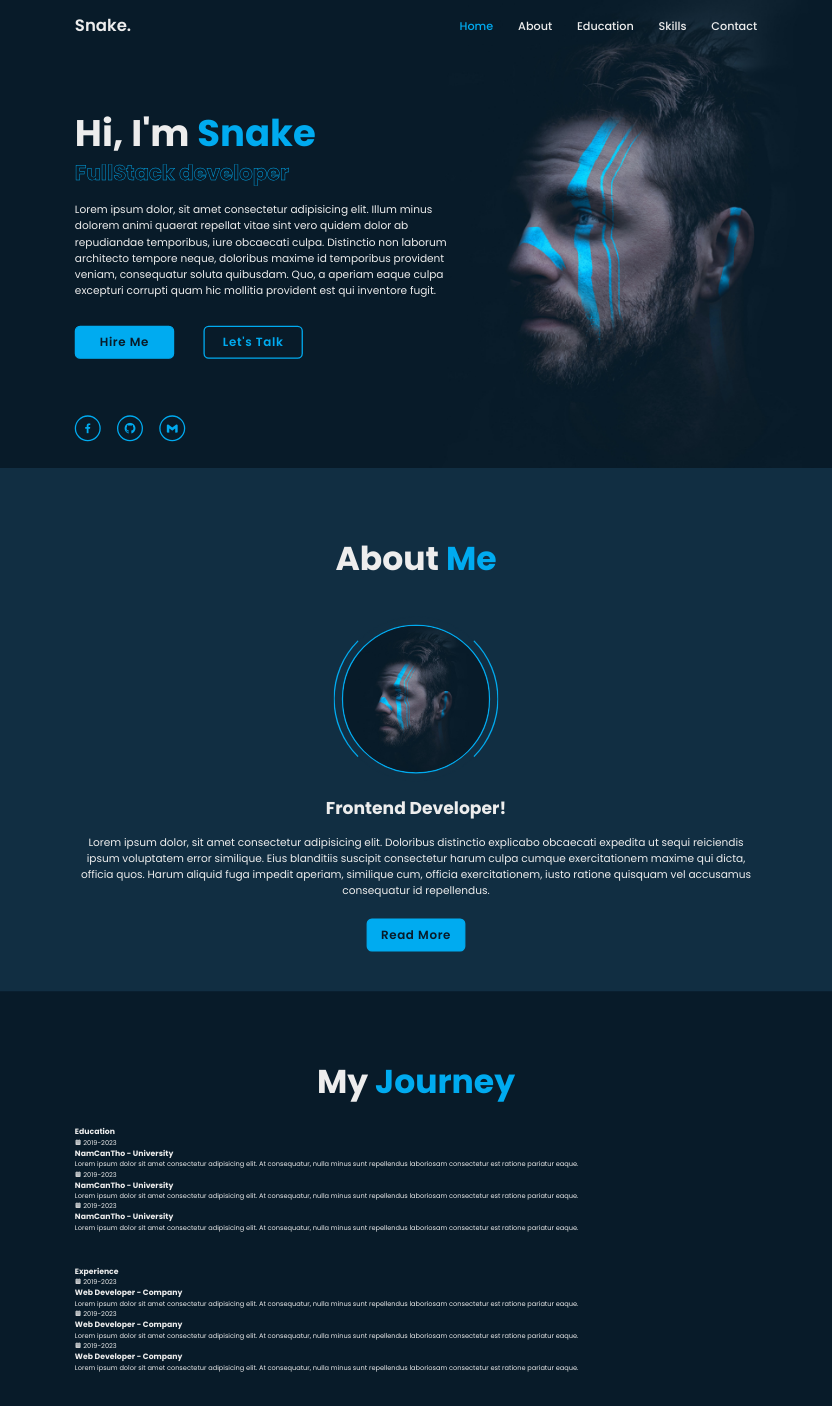
Repository: Tanty102/About_Me
Page: index.html
The author's editor kept a copy of each file at every save. The page is drawn from the files as they stood at one save, then again after a run of saves.
The browser window is 1280 px wide. The pictures show the whole page, at 65% of full size.

Above is the page before, as saved 2023-09-12 18:32:35.

### index.html
<!DOCTYPE html>
<html lang="en">
  <head>
    <meta charset="UTF-8" />
    <meta name="viewport" content="width=device-width, initial-scale=1.0" />
    <link rel="stylesheet" href="style.css" />
    <title>CV Snake</title>
  </head>

  <!-- box icons -->
  <link
    href="https://unpkg.com/boxicons@2.1.4/css/boxicons.min.css"
    rel="stylesheet" />
  <body>
    <!-- Header design -->
    <header class="header">
      <a href="#" class="logo">Snake.</a>

      <div class="bx bx-menu" id="menu-icon"></div>

      <nav class="navbar">
        <a href="#home" class="active">Home</a>
        <a href="#about">About</a>
        <a href="#education">Education</a>
        <a href="#skills">Skills</a>
        <a href="#contact">Contact</a>
      </nav>
    </header>

    <!-- Home section design -->
    <section class="home" id="home">
      <div class="home-content">
        <h1>Hi, I'm <span>Snake</span></h1>
        <div class="text-animate">
          <h3>FullStack developer</h3>
        </div>
        <p>
          Lorem ipsum dolor, sit amet consectetur adipisicing elit. Illum minus
          dolorem animi quaerat repellat vitae sint vero quidem dolor ab
          repudiandae temporibus, iure obcaecati culpa. Distinctio non laborum
          architecto tempore neque, doloribus maxime id temporibus provident
          veniam, consequatur soluta quibusdam. Quo, a aperiam eaque culpa
          excepturi corrupti quam hic mollitia provident est qui inventore
          fugit.
        </p>

        <div class="btn-box">
          <a href="#" class="btn">Hire Me</a>
          <a href="#" class="btn">Let's Talk</a>
        </div>
      </div>

      <div class="home-sci">
        <a href="#"><i class="bx bxl-facebook"></i></a>
        <a href="#"><i class="bx bxl-github"></i></a>
        <a href="#"><i class="bx bxl-gmail"></i></a>
      </div>

      <div class="home-imgHover"></div>
    </section>

    <!-- About section design -->
    <section class="about" id="about">
      <h2 class="heading">About <span>Me</span></h2>

      <div class="about-img">
        <img src="image/about.jpg" alt="" />
        <span class="circle-spin"></span>
      </div>

      <div class="about-content">
        <h3>Frontend Developer!</h3>
        <p>
          Lorem ipsum dolor, sit amet consectetur adipisicing elit. Doloribus
          distinctio explicabo obcaecati expedita ut sequi reiciendis ipsum
          voluptatem error similique. Eius blanditiis suscipit consectetur harum
          culpa cumque exercitationem maxime qui dicta, officia quos. Harum
          aliquid fuga impedit aperiam, similique cum, officia exercitationem,
          iusto ratione quisquam vel accusamus consequatur id repellendus.
        </p>

        <div class="btn-box btns">
          <a href="#" class="btn">Read More</a>
        </div>
      </div>
    </section>

    <!-- Education section design -->
    <section class="education" id="education">
      <h2 class="heading">My <span>Journey</span></h2>

      <div class="education-row">
        <div class="education-column">
          <h3 class="title">Education</h3>

          <div class="education-box">
            <div class="education-content">
              <div class="content">
                <div class="year">
                  <i class="bx bxs-calendar"></i> 2019-2023
                </div>
                <h3>NamCanTho - University</h3>
                <p>
                  Lorem ipsum dolor sit amet consectetur adipisicing elit. At
                  consequatur, nulla minus sunt repellendus laboriosam
                  consectetur est ratione pariatur eaque.
                </p>
              </div>
            </div>

            <div class="education-content">
              <div class="content">
                <div class="year">
                  <i class="bx bxs-calendar"></i> 2019-2023
                </div>
                <h3>NamCanTho - University</h3>
                <p>
                  Lorem ipsum dolor sit amet consectetur adipisicing elit. At
                  consequatur, nulla minus sunt repellendus laboriosam
                  consectetur est ratione pariatur eaque.
                </p>
              </div>
            </div>

            <div class="education-content">
              <div class="content">
                <div class="year">
                  <i class="bx bxs-calendar"></i> 2019-2023
                </div>
                <h3>NamCanTho - University</h3>
                <p>
                  Lorem ipsum dolor sit amet consectetur adipisicing elit. At
                  consequatur, nulla minus sunt repellendus laboriosam
                  consectetur est ratione pariatur eaque.
                </p>
              </div>
            </div>
          </div>
        </div>

        <div class="education-column">
          <h3 class="title">Experience</h3>

          <div class="education-box">
            <div class="education-content">
              <div class="content">
                <div class="year">
                  <i class="bx bxs-calendar"></i> 2019-2023
                </div>
                <h3>Web Developer - Company</h3>
                <p>
                  Lorem ipsum dolor sit amet consectetur adipisicing elit. At
                  consequatur, nulla minus sunt repellendus laboriosam
                  consectetur est ratione pariatur eaque.
                </p>
              </div>
            </div>

            <div class="education-content">
              <div class="content">
                <div class="year">
                  <i class="bx bxs-calendar"></i> 2019-2023
                </div>
                <h3>Web Developer - Company</h3>
                <p>
                  Lorem ipsum dolor sit amet consectetur adipisicing elit. At
                  consequatur, nulla minus sunt repellendus laboriosam
                  consectetur est ratione pariatur eaque.
                </p>
              </div>
            </div>

            <div class="education-content">
              <div class="content">
                <div class="year">
                  <i class="bx bxs-calendar"></i> 2019-2023
                </div>
                <h3>Web Developer - Company</h3>
                <p>
                  Lorem ipsum dolor sit amet consectetur adipisicing elit. At
                  consequatur, nulla minus sunt repellendus laboriosam
                  consectetur est ratione pariatur eaque.
                </p>
              </div>
            </div>
          </div>
        </div>
      </div>
    </section>

    <script src="main.js"></script>
  </body>
</html>

### style.css
@import url("https://fonts.googleapis.com/css2?family=Poppins:wght@300;400;500;600;700;800;900&display=swap");

* {
  margin: 0;
  padding: 0;
  box-sizing: border-box;
  text-decoration: none;
  border: none;
  outline: none;
  scroll-behavior: smooth;
  font-family: "Poppins", sans-serif;
}

:root {
  --bg-color: #081b29;
  --second-bg-color: #112e42;
  --text-color: #ededed;
  --main-color: #00abf0;
}

html {
  font-size: 63.5%;
  overflow-x: hidden;
}

body {
  background: var(--bg-color);
  color: var(--text-color);
}

.header {
  position: fixed;
  top: 0;
  left: 0;
  width: 100%;
  padding: 2rem 9%;
  background: transparent;
  display: flex;
  justify-content: space-between;
  align-items: center;
  z-index: 100;
}

.logo {
  font-size: 2.5rem;
  color: var(--text-color);
  font-weight: 600;
}

.navbar a {
  font-size: 1.7rem;
  color: var(--text-color);
  font-weight: 500;
  margin-left: 3.5rem;
  transition: 0.3s;
}

.navbar a:hover,
.navbar a.active {
  color: var(--main-color);
}

#menu-icon {
  font-size: 3.6rem;
  color: var(--text-color);
  cursor: pointer;
  display: none;
}

section {
  min-height: 100vh;
  padding: 10rem 9% 2rem;
}

.home {
  display: flex;
  align-items: center;
  padding: 0 9%;
  background: url("/image/home.jpg") no-repeat;
  background-size: cover;
  background-position: center;
}

.home-content {
  max-width: 60rem;
}

.home-content h1 {
  font-size: 5.6rem;
  font-weight: 700;
  line-height: 1.3;
}

.home-content .text-animate {
  position: relative;
  width: 32.8rem;
}

.home-content .text-animate h3 {
  font-size: 3.2rem;
  font-weight: 700;
  color: transparent;
  -webkit-text-stroke: 0.7px var(--main-color);
}

.home-content p {
  font-size: 1.6rem;
  margin: 2rem 0 4rem;
}

.btn-box {
  position: relative;
  display: flex;
  justify-content: space-between;
  width: 34.5rem;
  height: 5rem;
}
.btn-box .btn {
  position: relative;
  display: inline-flex;
  justify-content: center;
  align-items: center;
  width: 15rem;
  height: 100%;
  background: var(--main-color);
  border: 0.2rem solid var(--main-color);
  border-radius: 0.8rem;
  font-size: 1.8rem;
  font-weight: 600;
  letter-spacing: 0.1rem;
  color: var(--bg-color);
  z-index: 1;
  overflow: hidden;
  transition: 0.5s;
}

.btn-box .btn:hover {
  color: var(--main-color);
}

.btn-box .btn:nth-child(2) {
  background: transparent;
  color: var(--main-color);
}

.btn-box .btn:nth-child(2):hover {
  color: var(--bg-color);
}

.btn-box .btn:nth-child(2)::before {
  background: var(--main-color);
}

.btn-box .btn::before {
  content: "";
  position: absolute;
  top: 0;
  left: 0;
  width: 0;
  height: 100%;
  background: var(--bg-color);
  z-index: -1;
  transition: 0.5s;
}

.btn-box .btn:hover::before {
  width: 100%;
}

.home-sci {
  position: absolute;
  bottom: 4rem;
  width: 170px;
  display: flex;
  justify-content: space-between;
}

.home-sci a {
  position: relative;
  display: inline-flex;
  justify-content: center;
  align-items: center;
  width: 40px;
  height: 40px;
  background: transparent;
  border: 0.2rem solid var(--main-color);
  border-radius: 50%;
  font-size: 20px;
  color: var(--main-color);
  z-index: 1;
  overflow: hidden;
  transition: 0.5s;
}

.home-sci a:hover {
  color: var(--bg-color);
}

.home-sci a::before {
  content: "";
  position: absolute;
  top: 0;
  left: 0;
  width: 0;
  height: 100%;
  background: var(--main-color);
  z-index: -1;
  transition: 0.5s;
}

.home-sci a:hover::before {
  width: 100%;
}

.home-imgHover {
  position: absolute;
  top: 0;
  right: 0;
  width: 45%;
  height: 100%;
  background: transparent;
  transition: 3s;
}

.home-imgHover:hover {
  background: var(--bg-color);
  opacity: 0.8;
}

.about {
  display: flex;
  justify-content: center;
  align-items: center;
  flex-direction: column;
  gap: 2rem;
  background: var(--second-bg-color);
  padding-bottom: 6rem;
}

.heading {
  font-size: 5rem;
  margin-bottom: 3rem;
  text-align: center;
}
span {
  color: var(--main-color);
}

.about-img {
  position: relative;
  width: 25rem;
  height: 25rem;
  border-radius: 50%;
  display: flex;
  justify-content: center;
  align-items: center;
}

.about-img img {
  width: 90%;
  border-radius: 50%;
  border: 0.2rem solid var(--main-color);
}

.about-img .circle-spin {
  position: absolute;
  top: 50%;
  left: 50%;
  transform: translate(-50%, -50%) rotate(0);
  width: 100%;
  height: 100%;
  border-radius: 50%;
  border-top: 0.2rem solid var(--second-bg-color);
  border-bottom: 0.2rem solid var(--second-bg-color);
  border-left: 0.2rem solid var(--main-color);
  border-right: 0.2rem solid var(--main-color);
}

.about-content {
  text-align: center;
}

.about-content h3 {
  font-size: 2.6rem;
}

.about-content p {
  font-size: 1.6rem;
  margin: 2rem 0 3rem;
}

.btn-box.btns {
  display: inline-block;
  width: 15rem;
}

.btn-box.btns a::before {
  background: var(--second-bg-color);
}

.education {
  display: flex;
  justify-content: center;
  align-items: center;
  flex-direction: column;
  min-height: auto;
  padding-bottom: 5rem;
}

.education .education-row {
  display: flex;
  flex-wrap: wrap;
  gap: 5rem;
}

.education-row .education-column {
  fe
}

Loaded but not shown: main.js (no copy from this time; the picture is the same without it)

After the next 2 saves:
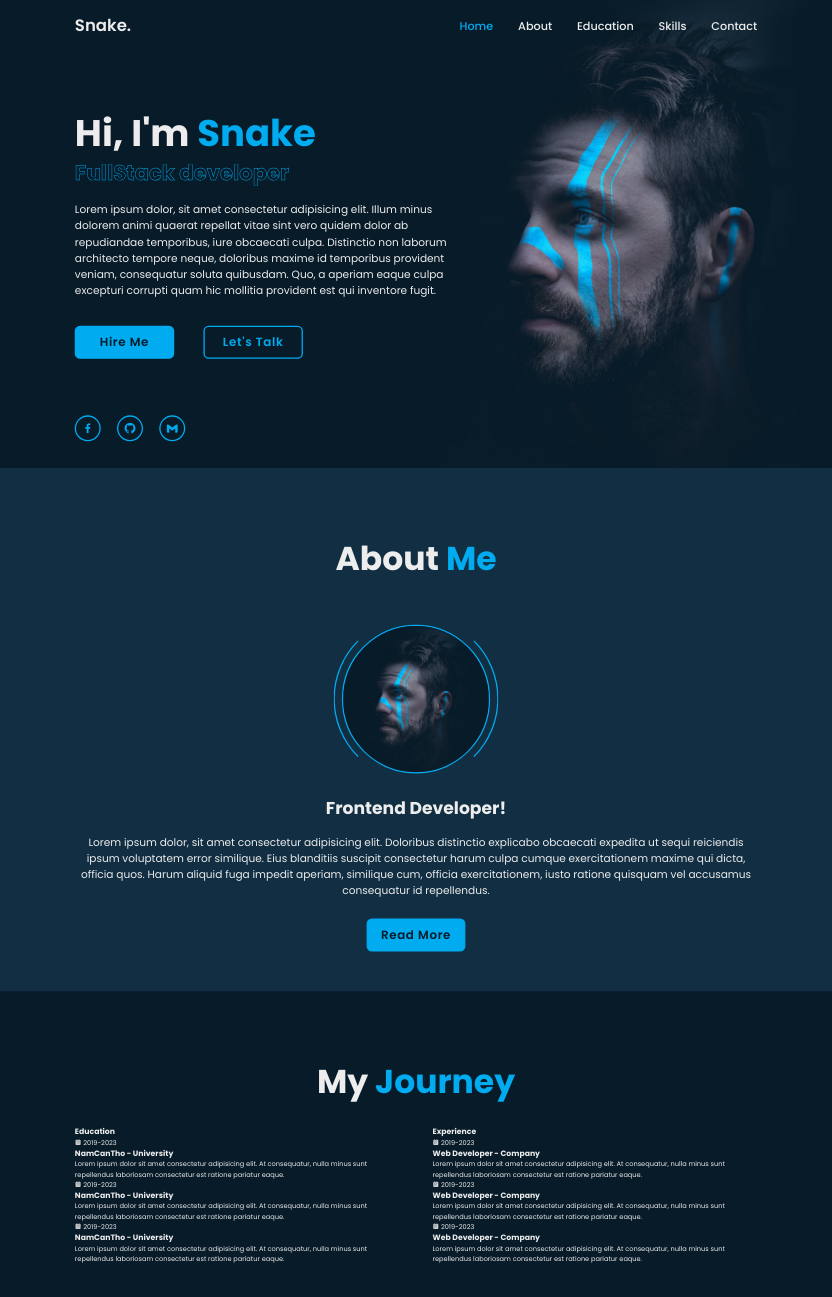
The 2 saves are shown as one change because they came seconds apart.
The last was saved 10 s later.
--- a/style.css
+++ b/style.css
@@ -314,5 +314,5 @@ span {
 }
 
 .education-row .education-column {
-  fe
-}
+  flex: 1 1 40rem;
+}
